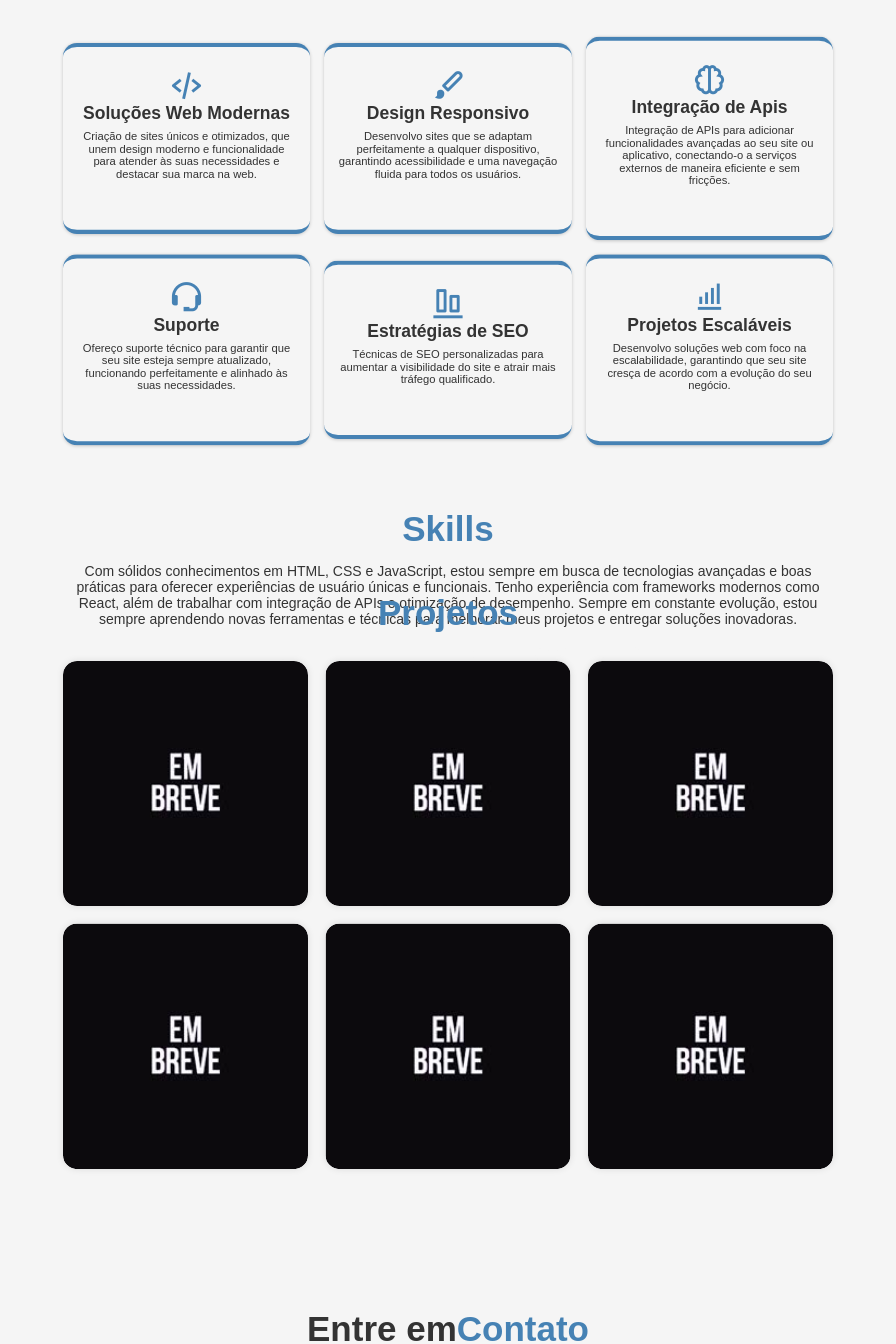
Repository: AliciaKathleen/portfolio-2025
Page: index.html
The author's editor kept a copy of each file at every save. The page is drawn from the files as they stood at one save, then again after the next save.
The browser window is 1280 px wide. The pictures show the part of the page from y = 1496 to 3416 px (the page is 4054 px tall), at 70% of full size.

Above is the page before, as saved 2025-01-27 17:49:46.
Console error: TypeError: Cannot read properties of null (reading 'classList')

After the next save:
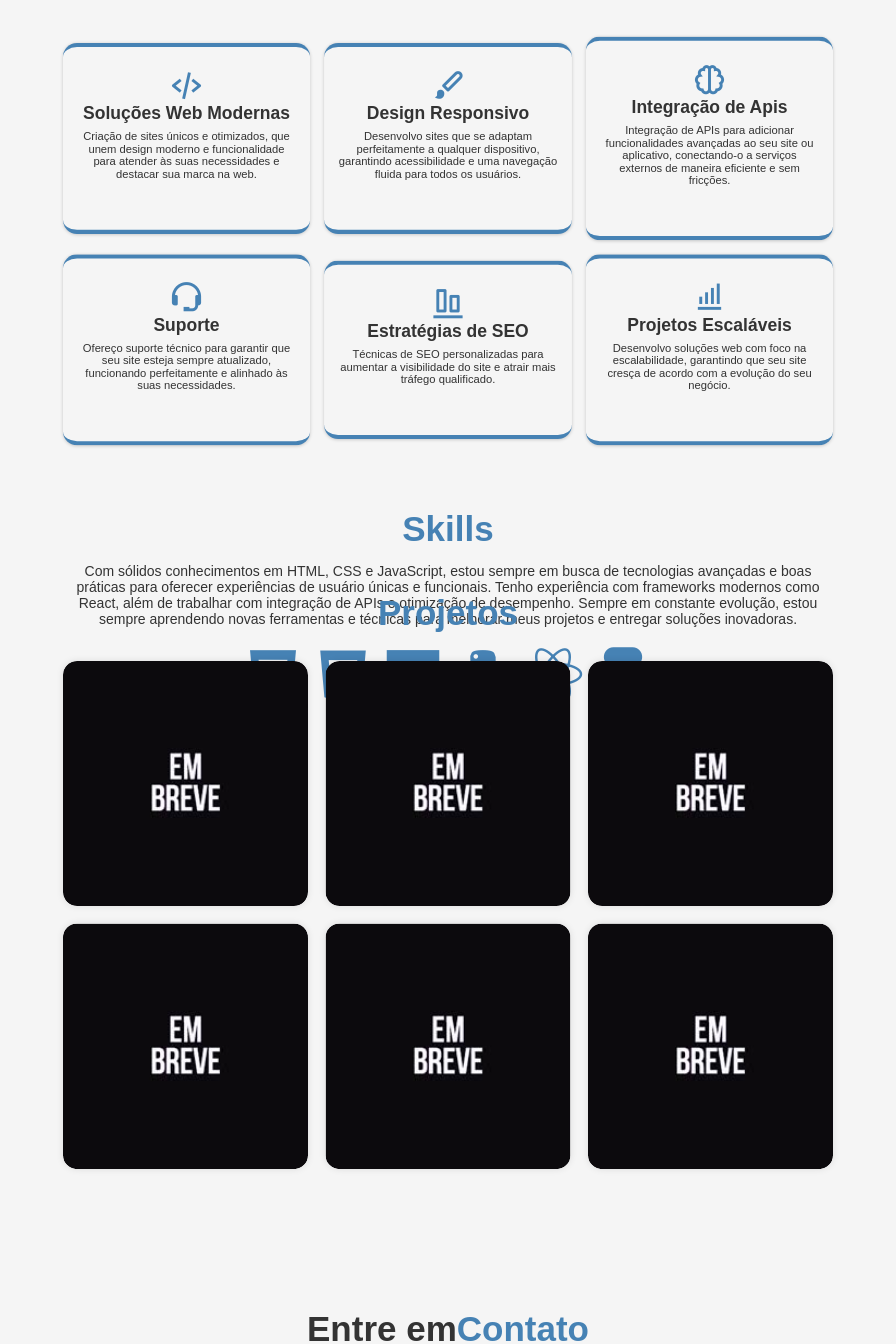
Saved 12 s later.
--- a/style.css
+++ b/style.css
@@ -378,7 +378,7 @@ span {
 
 .resume-item i {
     font-size: 100px;
-    color: var(--white-color);
+    color: var(--main-color);
     transition: transform 0.3s ease, color 0.3s ease;
 }
 
